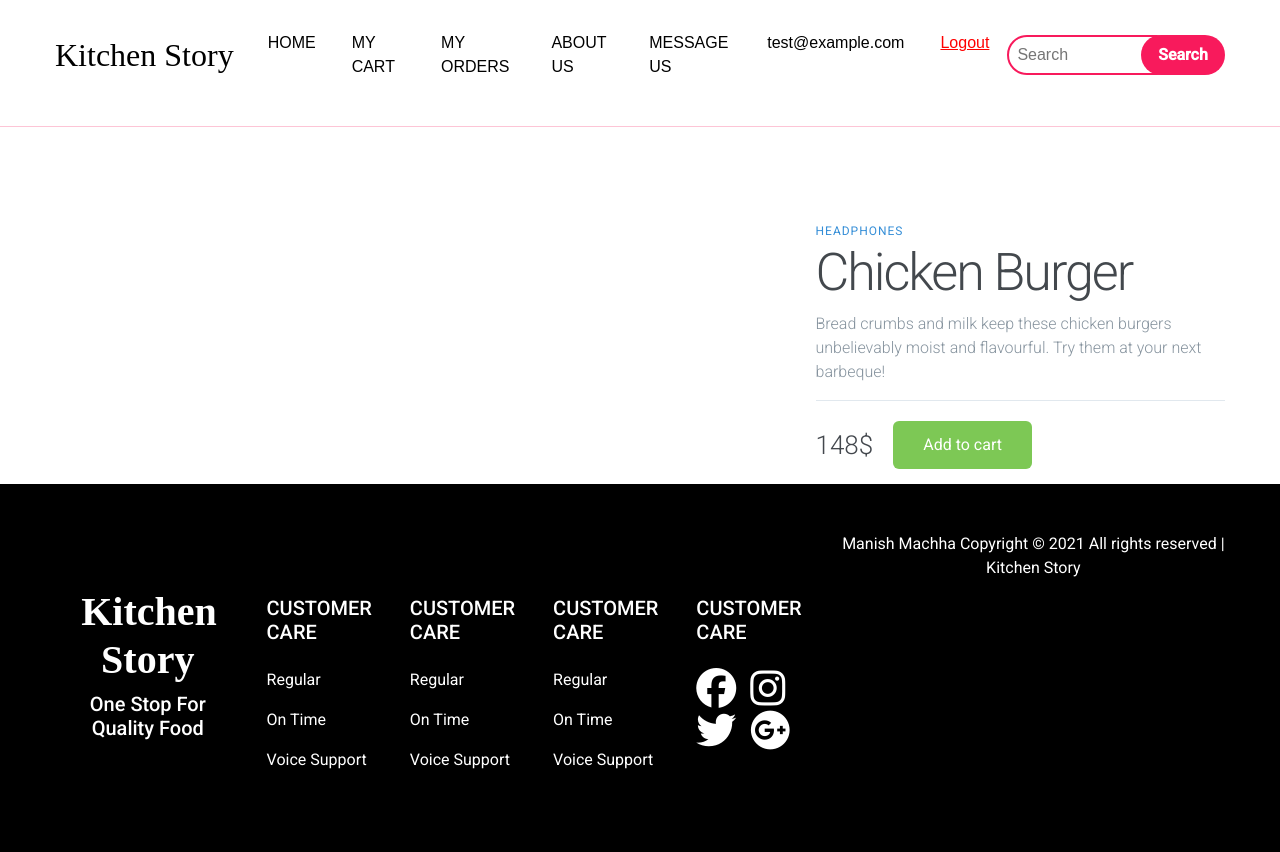
Repository: manishmachha/project-kitchenStory
Page: http://localhost/Phase_4_Kitchen_Story/products.jsp
These files come from the project's save history. The page is drawn as it stood at one moment and after the next save; the edit follows.
The browser window is 1280 px wide. The pictures show the whole page.
Some web fonts or font styles are not loaded; a fallback is used. Some web libraries are served in a nearby version. The page is served by Tomcat 10. The session is filled in as if someone had signed in: {"email": "test@example.com"}.

Above is the page before, as saved 2022-03-08 11:08:37.

After the next save:
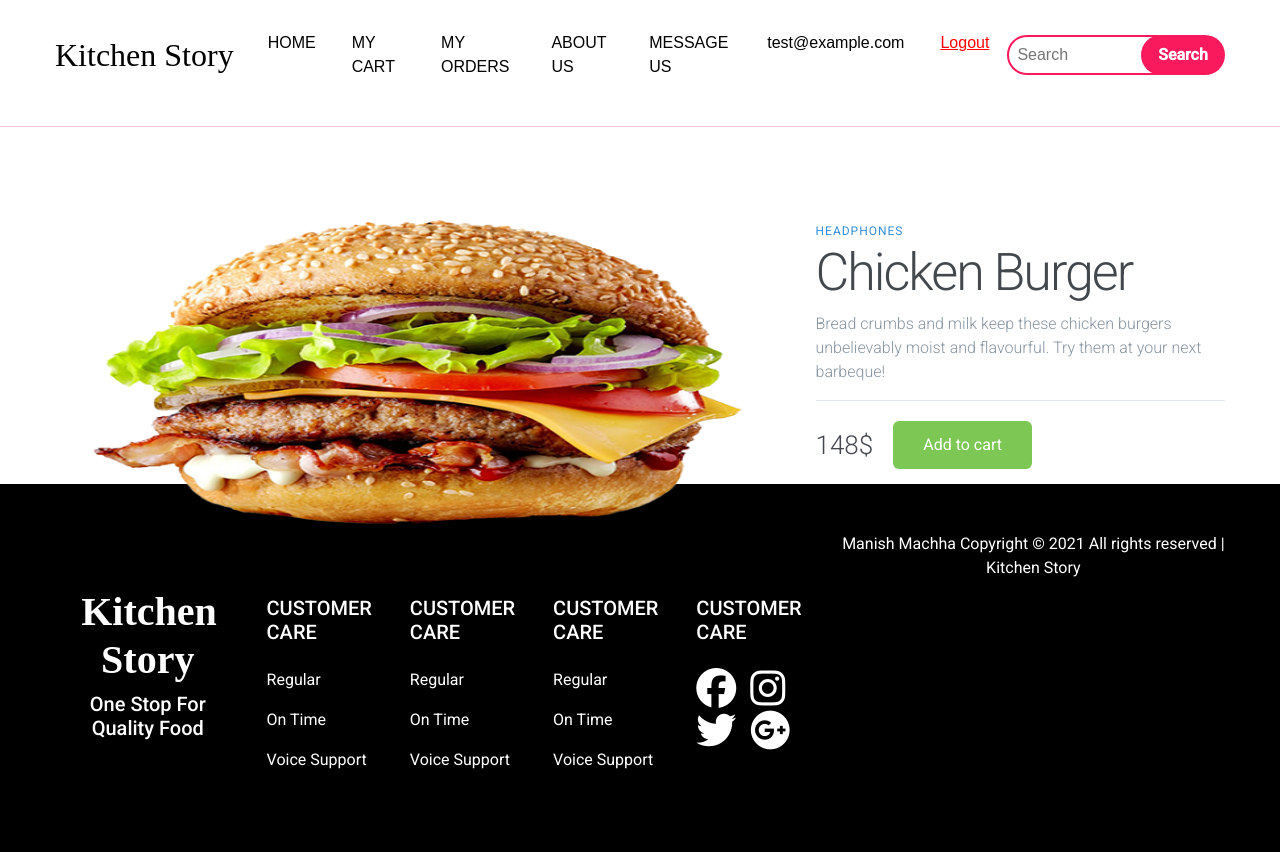
Saved 15 s later.
--- a/Phase 4 Kitchen Story/src/main/webapp/products.jsp
+++ b/Phase 4 Kitchen Story/src/main/webapp/products.jsp
@@ -15,7 +15,6 @@
 	rel="stylesheet">
 <!-- CSS -->
 <link href="style.css" rel="stylesheet">
-<link href="css/indexStyle.css" rel="stylesheet">
 <meta name="robots" content="noindex,follow" />
 
 </head>
@@ -26,12 +25,8 @@
 
 			<!-- Left Column / Headphones Image -->
 			<div class="left-column">
-				<div class="col-lg-3 text-center">
-					<div class="card border-0 bg-light mb-2">
-							<a href="products.jsp"><img src="images/burger-trending.png"></a>
-						</div>
-					</div>
-				</div>
+				<img data-image="red" class="active"
+					src="images/burger-trending.png" height="400">
 			</div>
 
 
